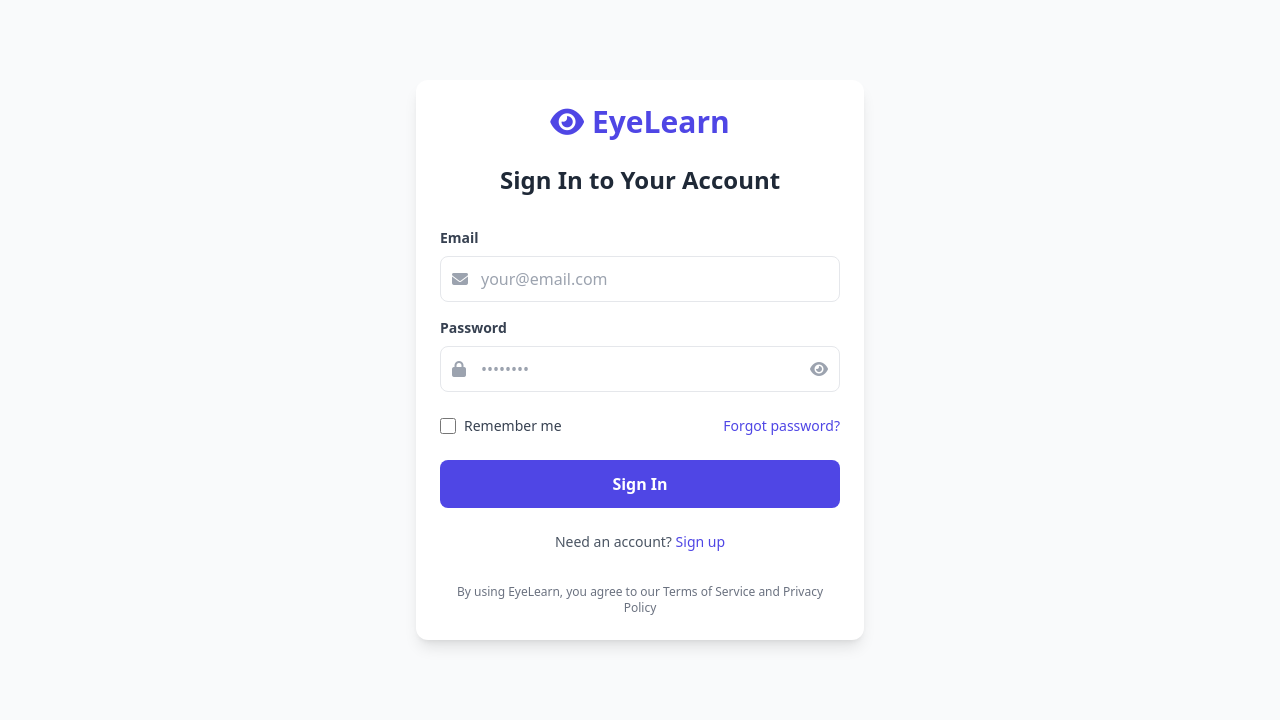
Repository: secretnacode/EyeLearn
Page: http://localhost/capstone/loginpage.php
The author's editor kept a copy of each file at every save. The page is drawn from the files as they stood at one save, then again after the next save.
The browser window is 1280 px wide. The pictures show the whole page.
Some web libraries are served in a nearby version. The page is run by PHP 8.4 with error messages shown; the project is at /var/www/html/.

Above is the page before, as saved 2025-07-28 01:27:40.

### loginpage.php
<?php
require_once 'config.php';

$error = '';
$success = '';

// Check for camera agreement decline
if (isset($_GET['error']) && $_GET['error'] === 'camera_declined') {
    $error = 'Camera permission is required to access the learning modules. Please accept the camera agreement to continue.';
}

// Check if form is submitted
if ($_SERVER['REQUEST_METHOD'] === 'POST') {
    $email = trim($_POST['email']);
    $password = $_POST['password'];

    // Validate inputs
    if (empty($email) || empty($password)) {
        $error = 'Please enter both email and password';
    } else {
        // Authenticate user
        $user = authenticateUser($email, $password, $pdo);

        if ($user) {
        // Create user session
            createUserSession($user);

            // Redirect based on role
         if ($user['role'] === 'admin') {
            header('Location: admin/Adashboard.php'); // Admin Dashboard
            exit;
        } else {
            // Check if user has accepted camera agreement
            if (isset($user['camera_agreement_accepted']) && $user['camera_agreement_accepted'] == 1) {
                header('Location: user/Sdashboard.php'); // Regular users - direct to dashboard
            } else {
                header('Location: user/camera_agreement.php'); // Redirect to camera agreement first
            }
            exit;
        }

        } else {
            $error = 'Invalid email or password';
        }
    }
}

// Check if there's a registration success message
if (isset($_SESSION['registration_success'])) {
    $success = $_SESSION['registration_success'];
    unset($_SESSION['registration_success']);
}
?>

<!DOCTYPE html>
<html lang="en">
<head>
    <meta charset="UTF-8">
    <meta name="viewport" content="width=device-width, initial-scale=1.0">
    <title>Login - EyeLearn</title>
    <script src="https://cdn.tailwindcss.com"></script>
    <link rel="stylesheet" href="https://cdnjs.cloudflare.com/ajax/libs/font-awesome/6.4.0/css/all.min.css">
    <script>
        tailwind.config = {
            theme: {
                extend: {
                    colors: {
                        'primary': '#4F46E5',
                        'secondary': '#10B981',
                        'accent': '#F97316',
                        'background': '#F9FAFB'
                    }
                }
            }
        }
    </script>
</head>
<body class="bg-background min-h-screen flex items-center justify-center">
    <div class="max-w-md w-full bg-white rounded-xl shadow-lg overflow-hidden">
        <div class="md:flex">
            <div class="w-full p-6">
                <div class="flex justify-center mb-6">
                    <div class="flex items-center">
                        <i class="fas fa-eye text-primary text-3xl mr-2"></i>
                        <h1 class="text-3xl font-bold text-primary">EyeLearn</h1>
                    </div>
                </div>

                <h2 class="text-2xl font-bold text-center text-gray-800 mb-8">Sign In to Your Account</h2>

                <?php if (!empty($error)): ?>
                    <div class="bg-red-100 border border-red-400 text-red-700 px-4 py-3 rounded relative mb-4" role="alert">
                        <span class="block sm:inline"><?php echo $error; ?></span>
                    </div>
                <?php endif; ?>

                <?php if (!empty($success)): ?>
                    <div class="bg-green-100 border border-green-400 text-green-700 px-4 py-3 rounded relative mb-4" role="alert">
                        <span class="block sm:inline"><?php echo $success; ?></span>
                    </div>
                <?php endif; ?>

                <form action="loginpage.php" method="POST">
                    <div class="mb-4">
                        <label class="block text-gray-700 text-sm font-bold mb-2" for="email">
                            Email
                        </label>
                        <div class="relative">
                            <div class="absolute inset-y-0 left-0 pl-3 flex items-center pointer-events-none">
                                <i class="fas fa-envelope text-gray-400"></i>
                            </div>
                            <input class="appearance-none border rounded-lg w-full py-3 px-4 pl-10 text-gray-700 leading-tight focus:outline-none focus:shadow-outline focus:border-primary"
                                   id="email" type="email" name="email" placeholder="your@email.com" required>
                        </div>
                    </div>
                    <div class="mb-6">
                        <label class="block text-gray-700 text-sm font-bold mb-2" for="password">
                            Password
                        </label>
                        <div class="relative">
                            <div class="absolute inset-y-0 left-0 pl-3 flex items-center pointer-events-none">
                                <i class="fas fa-lock text-gray-400"></i>
                            </div>
                            <input class="appearance-none border rounded-lg w-full py-3 px-4 pl-10 pr-10 text-gray-700 leading-tight focus:outline-none focus:shadow-outline focus:border-primary"
                                   id="password" type="password" name="password" placeholder="••••••••" required>
                            <div class="absolute inset-y-0 right-0 pr-3 flex items-center">
                                <button type="button" id="togglePassword" class="text-gray-400 hover:text-gray-600 focus:outline-none">
                                    <i class="fas fa-eye" id="passwordIcon"></i>
                                </button>
                            </div>
                        </div>
                    </div>

                    <div class="flex items-center justify-between mb-6">
                        <div class="flex items-center">
                            <input id="remember-me" name="remember-me" type="checkbox" class="h-4 w-4 text-primary focus:ring-primary border-gray-300 rounded">
                            <label for="remember-me" class="ml-2 block text-sm text-gray-700">
                                Remember me
                            </label>
                        </div>
                        <a href="#" class="text-sm text-primary hover:text-indigo-700">Forgot password?</a>
                    </div>

                    <div class="mb-6">
                        <button class="w-full bg-primary hover:bg-indigo-700 text-white font-bold py-3 px-4 rounded-lg focus:outline-none focus:shadow-outline transition-colors duration-200"
                                type="submit">
                            Sign In
                        </button>
                    </div>
                </form>

                <div class="text-center">
                    <p class="text-gray-600 text-sm">
                        Need an account?
                        <a href="register.php" class="text-primary hover:text-indigo-700 font-medium">Sign up</a>
                    </p>
                </div>

                <div class="mt-8 text-center">
                    <p class="text-xs text-gray-500">
                        By using EyeLearn, you agree to our Terms of Service and Privacy Policy
                    </p>
                </div>
            </div>
        </div>
    </div>

    <script>
        document.addEventListener('DOMContentLoaded', function() {
            const togglePassword = document.getElementById('togglePassword');
            const passwordInput = document.getElementById('password');
            const passwordIcon = document.getElementById('passwordIcon');

            togglePassword.addEventListener('click', function() {
                // Toggle the password field type
                const type = passwordInput.getAttribute('type') === 'password' ? 'text' : 'password';
                passwordInput.setAttribute('type', type);

                // Toggle the eye icon
                if (type === 'password') {
                    passwordIcon.classList.remove('fa-eye-slash');
                    passwordIcon.classList.add('fa-eye');
                } else {
                    passwordIcon.classList.remove('fa-eye');
                    passwordIcon.classList.add('fa-eye-slash');
                }
            });
        });
    </script>
</body>
</html>

### config.php
<?php
$host = 'localhost';
$dbname = 'elearn_db';
$username = 'root';
$password = '';

try {
    $pdo = new PDO("mysql:host=$host;dbname=$dbname", $username, $password);
    $pdo->setAttribute(PDO::ATTR_ERRMODE, PDO::ERRMODE_EXCEPTION);
} catch (PDOException $e) {
    die("Connection failed: " . $e->getMessage());
}

// Function to check if user exists
function userExists($email, $pdo) {
    $stmt = $pdo->prepare("SELECT * FROM users WHERE email = ?");
    $stmt->execute([$email]);
    return $stmt->rowCount() > 0;
}

// Function to register new user (only for students)
function registerUser($firstName, $lastName, $email, $password, $gender, $pdo) {
    // Validate email format - only allow student emails
    if (preg_match('/@admin\.eyelearn$/', $email)) {
        return false; // Prevent registration of admin emails
    }

    $hashedPassword = password_hash($password, PASSWORD_DEFAULT);

    $stmt = $pdo->prepare("INSERT INTO users (first_name, last_name, email, password, gender, role, created_at)
                          VALUES (?, ?, ?, ?, ?, 'student', NOW())");
    return $stmt->execute([$firstName, $lastName, $email, $hashedPassword, $gender]);
}


// Function to authenticate user with email format validation
function authenticateUser($email, $password, $pdo) {
    $stmt = $pdo->prepare("SELECT id, first_name, last_name, email, password, role, gender, camera_agreement_accepted FROM users WHERE email = ?");
    $stmt->execute([$email]);
    $user = $stmt->fetch(PDO::FETCH_ASSOC);

    if ($user && password_verify($password, $user['password'])) {
        return $user;
    }
    return false;
}

// Function to createusersession
function createUserSession($user) {
    $_SESSION['user_id'] = $user['id'];
    $_SESSION['email'] = $user['email'];
    $_SESSION['role'] = $user['role'];
}


// Initialize or resume session
session_start();
?>

After the next save:
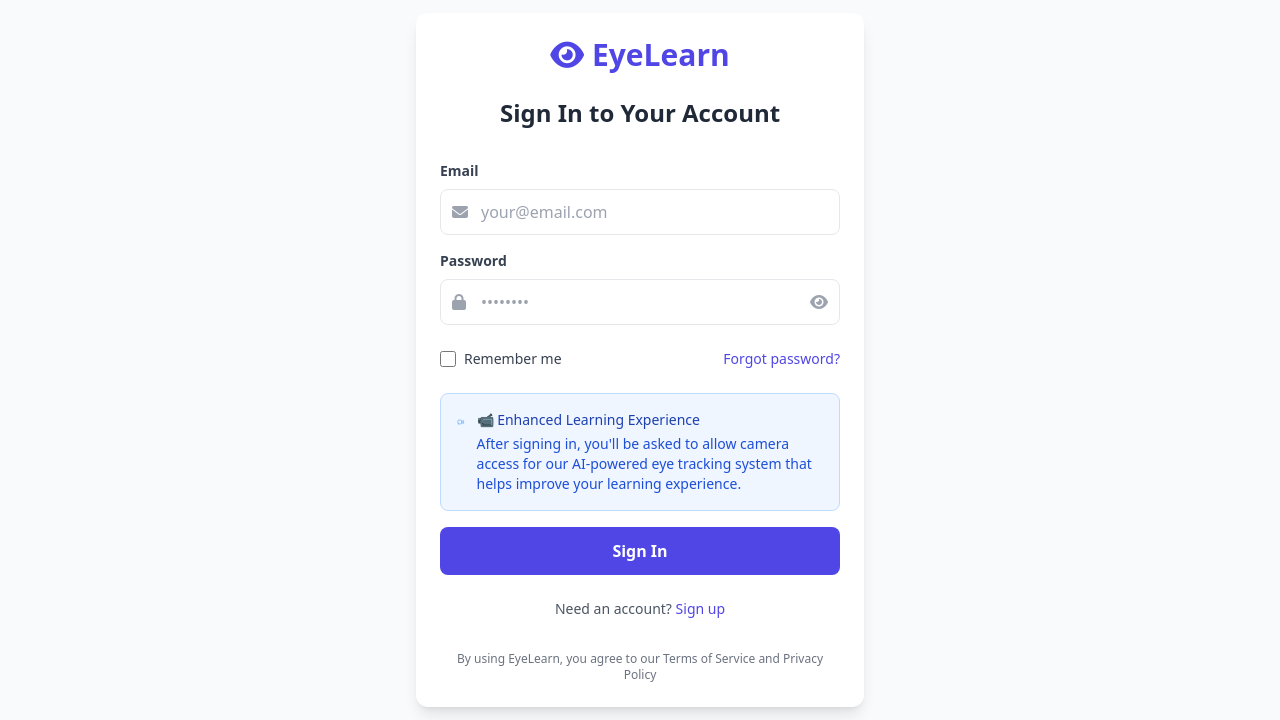
Saved 65 s later.
--- a/loginpage.php
+++ b/loginpage.php
@@ -141,6 +141,19 @@ if (isset($_SESSION['registration_success'])) {
                         <a href="#" class="text-sm text-primary hover:text-indigo-700">Forgot password?</a>
                     </div>
 
+                    <!-- Camera Requirements Notice -->
+                    <div class="bg-blue-50 border border-blue-200 rounded-lg p-4 mb-4">
+                        <div class="flex items-start">
+                            <svg class="h-5 w-5 text-blue-400 mt-0.5 mr-3" fill="none" stroke="currentColor" viewBox="0 0 24 24">
+                                <path stroke-linecap="round" stroke-linejoin="round" stroke-width="2" d="M15 10l4.553-2.276A1 1 0 0121 8.618v6.764a1 1 0 01-1.447.894L15 14M5 18h8a2 2 0 002-2V8a2 2 0 00-2-2H5a2 2 0 00-2 2v8a2 2 0 002 2z"></path>
+                            </svg>
+                            <div class="text-sm">
+                                <p class="font-medium text-blue-800 mb-1">📹 Enhanced Learning Experience</p>
+                                <p class="text-blue-700">After signing in, you'll be asked to allow camera access for our AI-powered eye tracking system that helps improve your learning experience.</p>
+                            </div>
+                        </div>
+                    </div>
+
                     <div class="mb-6">
                         <button class="w-full bg-primary hover:bg-indigo-700 text-white font-bold py-3 px-4 rounded-lg focus:outline-none focus:shadow-outline transition-colors duration-200"
                                 type="submit">
